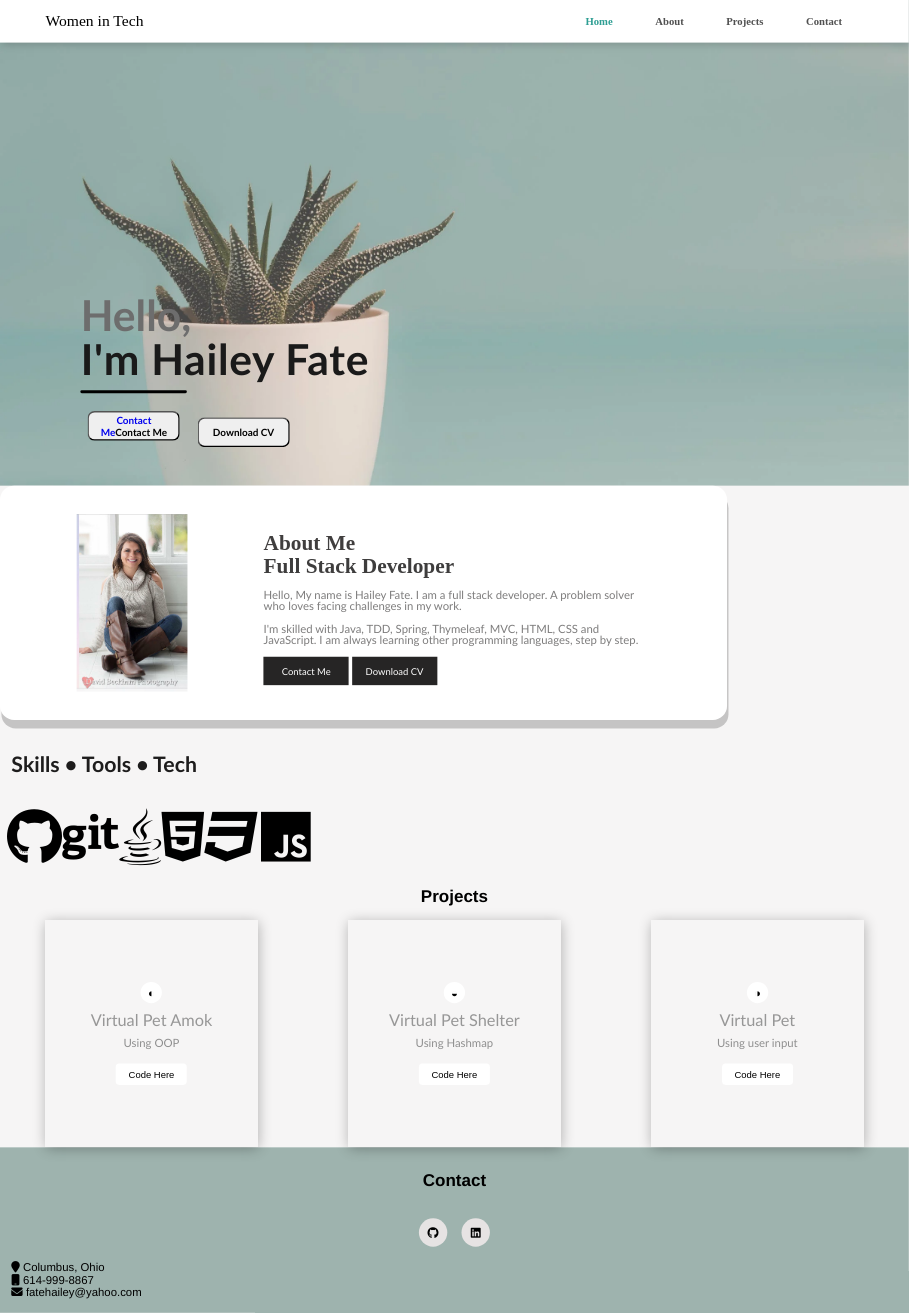
Repository: fatehailey/fatehailey.github.io
Page: index.html
These files come from the project's save history. The page is drawn as it stood at one moment and after the next save; the edit follows.
The browser window is 1280 px wide. The pictures show the whole page, at 71% of full size.
Some web libraries are served in a nearby version.

Above is the page before, as saved 2022-07-25 15:08:50.

### index.html
<!DOCTYPE html>
<html lang="en">

<head>
    <meta charset="UTF-8">
    <meta http-equiv="X-UA-Compatible" content="IE=edge">
    <meta name="viewport" content="width=device-width, initial-scale=1.0">
    <title>Professional Portfolio Website</title>
    <link rel="stylesheet" type="text/css" href="./style.css">
    <script src="https://kit.fontawesome.com/aba5373111.js" crossorigin="anonymous"></script>
</head>
<section>
    <!--------Navbar-->
    <nav>
        <header class="logo"> Women in Tech</header>
        <!--menu-->
        <ul>
            <li><a href="#" class="active">Home</a></li>
            <li><a href="#about">About</a></li>
            <li><a href="#projects">Projects</a></li>
            <li><a href="#contact-form">Contact</a></li>
        </ul>
    </nav>
    <!--text-->
    <div class="text-container">
        <p>Hello,</p>
        <p>I'm Hailey Fate</p>
        <p class="line"></p>
        <button id="contact-form"><a href = "mailto: fatehailey@.com">Contact Me</a>Contact Me</button>
        <a href="Resume -JAVA.pdf">
            <button>Download CV</button>
        </a>

    </div>
</section>
<div class="about-container">
    <!--img-->
    <img src="20638533_10207488042478732_6104525529025967976_n.jpg" />
    <!--about-me-text-->
    <div class="about-text">
        <p id="about">About Me</p>
        <p>Full Stack Developer</p>
        <p>Hello, My name is Hailey Fate. I am a full stack developer. A problem solver who loves facing challenges in
            my work. </p>
        <p>I'm skilled with Java, TDD, Spring, Thymeleaf, MVC, HTML, CSS and JavaScript. I am always learning other
            programming languages, step by step.</p>
        <button id="contacts">Contact Me</button>
        <button onclick="Resume -JAVA.pdf">Download CV</button>
    </div>
</div>

<!--Project-->
<div class="skills">
    <!--text-->
    <div class="skills-text ">
        <p>Skills • Tools • Tech</p>
    </div>
    <div class="column">
        <i class="fa-brands fa-github"></i>
        <i class="fa-brands fa-git"></i>
        <i class="fa-brands fa-java"></i>
        <i class="fa-brands fa-html5"></i>
        <i class="fa-brands fa-css3"></i>
        <i class="fa-brands fa-js"></i>
    </div>
</div>
<h2 id="projects" style="text-align:center">Projects </h2>
<div class="box-container">
    <!--1------------->
    <div class="box-1">
        <span>◐</span>
        <p class="heading">Virtual Pet Amok</p>
        <p class="details">Using OOP</p>
        <a href="https://github.com/2022-April-Java-PT-Classroom/virtual-pet-amok-fatehailey">
            <button>Code Here</button>
        </a>
    </div>
    <!--2------------->
    <div class="box-2">
        <span>◒</span>
        <p class="heading">Virtual Pet Shelter</p>
        <p class="details">Using Hashmap</p>
        <a href="https://github.com/2022-April-Java-PT-Classroom/virtual-pet-shelter-fatehailey">
            <button>Code Here</button>
        </a>
    </div>
    <!--3------------->
    <div class="box-3">
        <span>◑</span>
        <p class="heading">Virtual Pet</p>
        <p class="details">Using user input</p>
        <a href="https://github.com/2022-April-Java-PT-Classroom/virtual-pet-fatehailey">
            <button>Code Here</button>
        </a>
    </div>
</div>
<footer>
    <div class="social-footer">
        <h2 id="contacts" style="text-align:center">Contact</h2>
        <div class="social-icons">
            <a href="https://github.com/fatehailey"><i class="fa-brands fa-github"></i></a>
            <a href="https://www.linkedin.com/in/haileyfate/"><i class="fa-brands fa-linkedin"></i></a>
        </div>
        <div class="place">
            <span class="fa-solid fa-location-pin"></span>
            <span class="text">Columbus, Ohio</span>
        <div class="phone">
            <span class="fa-solid fa-mobile"></span>
            <span class="text">614-999-8867</span>
        </div>
        <div class="email">
            <span class="fa-solid fa-envelope"></span>
            <span class="text">fatehailey@yahoo.com</span>
        </div>

    </div>
</footer>
</body>
</html>

### style.css

body{
    background-color: #f6f5f5;
    margin: 0;
    padding: 0px;
    font-family: 'Franklin Gothic Medium', 'Arial Narrow', Arial, sans-serif;
}
ul{
    list-style: none;
}
a{
    text-decoration: none;
}
section{
    width: 100%;
    height: 95vh;
    background-image: url('pexels-photo-1445416.webp');
    background-repeat: no-repeat;
    background-size: cover;
}
nav{
    display: flex;
    justify-content: space-between;
    align-items: center;
    height: 60px;
    background-color: #FFFFFF;
    box-shadow: 2px 2px 12px rgba(0,0,0,0.2);
    padding: 0px 5%;
}
nav ul{
    display: flex ;
}
nav ul li a{
    margin:30px;
    font-family: myraid pro regular;
    color:#505050;
    font-size: 15px;
    font-weight: 700;
}
.logo{
    font-family: RoadTest;
    color: #000000;
    font-size: 22px;
}
.active{
   font-weight:bold;
   color: #2e9e93;
}
.text-container p:nth-child(1){
    font-family: calibri;
    font-weight: bold;
    color: #6d6d6d;
    font-size: 60px;
    padding-bottom: 1rem;
}
.text-container p:nth-child(2){
    font-family: calibri;
    font-weight: bold;
    letter-spacing: 1px;
    color: #1a1a1a;
    font-size: 60px;
}
.text-container p:nth-child(3){
    font-family: myrid pro regular;
    color: #403e3e;
    font-size: 30px;
    line-height: 30px;
}
.text-container p{
    line-height: 0px;
    margin: 45px 0px 25px;
}
.line{
    width: 150px;
    height: 4px;
    background: #000000;
    margin: 10px auto;
    border-radius: 5px;
}
.text-container{
    position: absolute;
    left: 13%;
    top:42%;
    transform: translate(-13%, 42%);
}
.text-container button{
    width:130px;
    height: 42px;
    border-radius: 10px;
    font-family: calibri;
    font-weight: bold;
    font-size: 14px;
    outline:none;
    margin:0px 10px;
}
.abtme{
    border:2px solid #373636;
    color: #373636;
}
.down-cv{
    background-color: #0b0b0b;
    color: #FFFFFF;
    border: none;
}
button:active{
    transform:scale(1.1);
}

.about-container{
    width: 80%;
    height:330px;
    background-color: #ffffff;
    border-radius: 20px;
    box-shadow: 2px 12px rgba(0,0,0,0.2);
    display:flex;
    position: relative;
    justify-content: space-evenly;
    align-items: center;
}
.about-container img{
    height: 250px;
    margin-left: 5px;
}

.about-text{
    width: 550px;
    margin-left: 5px;;

}
.about-text p:nth-child(1){
    color: #403e3e;
    font-family: myriad pro;
    font-weight: bold;
    font-size: 30px;
    line-height: 0px;
}
.about-text p:nth-child(2){
    color: #3e3d3d;
    font-size: 30px;
    font-family: myriad pro;
    font-weight: bold;
    line-height: 5px;
}
.about-text p:nth-child(3),
.about-text p:nth-child(4){
    color: #7e7d7d;
    font-size: 20pxpx;
    font-family: calibri;
    line-height: 16px;
}
.about-text button{
    width:120px;
    height:40px;
    color: #FFFFFF;
    outline: none;
    border:none;
    font-family: calibri;
    background-color: #262525;
}
.skills-text p:nth-child(1){
	font-family: calibri;
	font-weight:bold;
	color:#1d1c1c;
	font-size:30px;
	line-height:0px;
}
.skills-text{
    padding-top: 2rem;
    padding-bottom: 2rem;
    padding-left: 1rem;;
	width: 500px;
    display: flex;
}
.column
{
    flex: 50%;
    padding: 0 10px 10px;
    display: flex;
    flex-flow: row wrap;
    margin-bottom: 15px;
    font-size: 5rem;
}
.column img
{
    float: left;
    width:  100px;
    height: 100px;
    object-fit: cover;
}
.box-container{
	display:flex;
	justify-content: space-around
}
.box-1,.box-2,.box-3{
	width: 300px;
	height:320px;
	background-repeat: no-repeat;
	background-size: cover;
	box-shadow:2px 2px 18px rgba(0,0,0,0.3);
	align-items: center;
	justify-content: center;
	display: flex;
	flex-direction: column;
	margin: 0px 20px;
}
.box-1 span,
.box-2 span,
.box-3 span{
	width:30px;
	height:30px;
	border-radius:50%;
	background-color:#ffffff;
	display: flex;
	justify-content: center;
	align-items:center;
	font-family: calibri;
	font-weight: bold;
}
.box-1 p:nth-child(2),
.box-2 p:nth-child(2),
.box-3 p:nth-child(2){
	color:#979797;
	font-family: calibri;
	font-size: 23px;
	line-height:0px;

}
.box-1 p:nth-child(3),
.box-2 p:nth-child(3),
.box-3 p:nth-child(3){
	font-family: calibri;
	color:#8F8F8F;
	text-align:center;
	width: 230px;
	margin:0px 0px 20px 0px;

}
.box-1 button,
.box-2 button,
.box-3 button{
	width:100px;
	height:30px;
	background-color:#FFFFFF;
	border:none;
	outline: none;
	border-radius:5px;
}
footer{
    background-color: #9eb3ae;
    height: 220px;
    width: 100%;
    min-height: 5rem;
    margin: auto;
    padding-top: 1%;
}
.place{
    padding-left: 1rem;

}

.social-icons a{
    width:40px;
    height:40px;
    display: flex;
    justify-content: center;
    align-items: center;
    background-color:#e6e3e3;
    margin:20px 10px;
    border-radius:50%;
}
.social-icons{
    display: flex;
    justify-content: center;
}

.social-icons i,.social i{
    color:#000000;
}
.social-icons a:hover{
    background-color:#000000;
    box-shadow:2px 2px 12px rgba(0,0,0,0.2);
    transition:all ease 0.5s;
}
.social-icons a:hover i,
.social a:hover i{
    color:#FFFFFF;
    transition:all ease 0.5s;
}

After the next save:
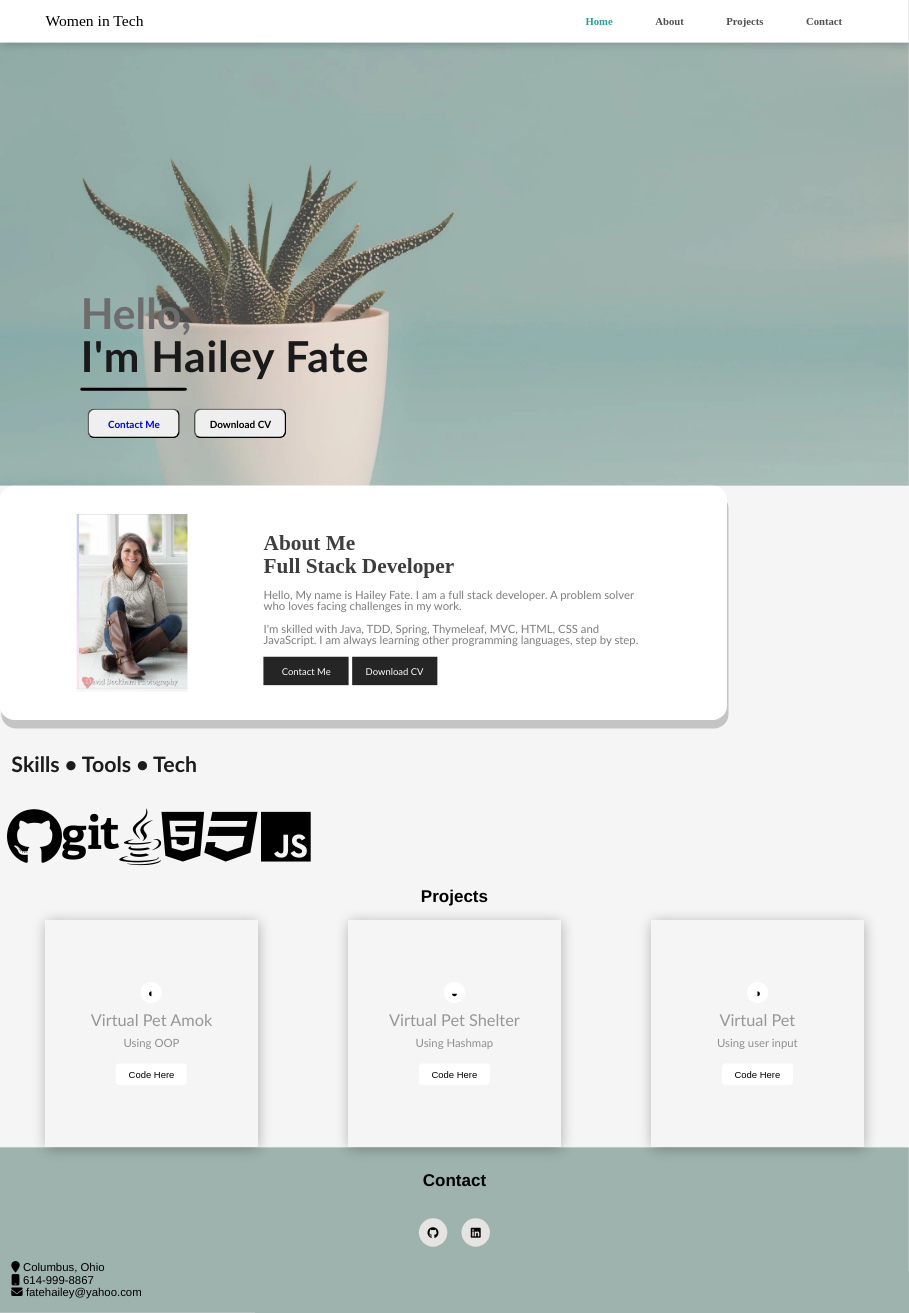
Saved 5 s later.
--- a/index.html
+++ b/index.html
@@ -26,7 +26,7 @@
         <p>Hello,</p>
         <p>I'm Hailey Fate</p>
         <p class="line"></p>
-        <button id="contact-form"><a href = "mailto: fatehailey@.com">Contact Me</a>Contact Me</button>
+        <button id="contact-form"><a href = "mailto: fatehailey@.com">Contact Me</a>
         <a href="Resume -JAVA.pdf">
             <button>Download CV</button>
         </a>
